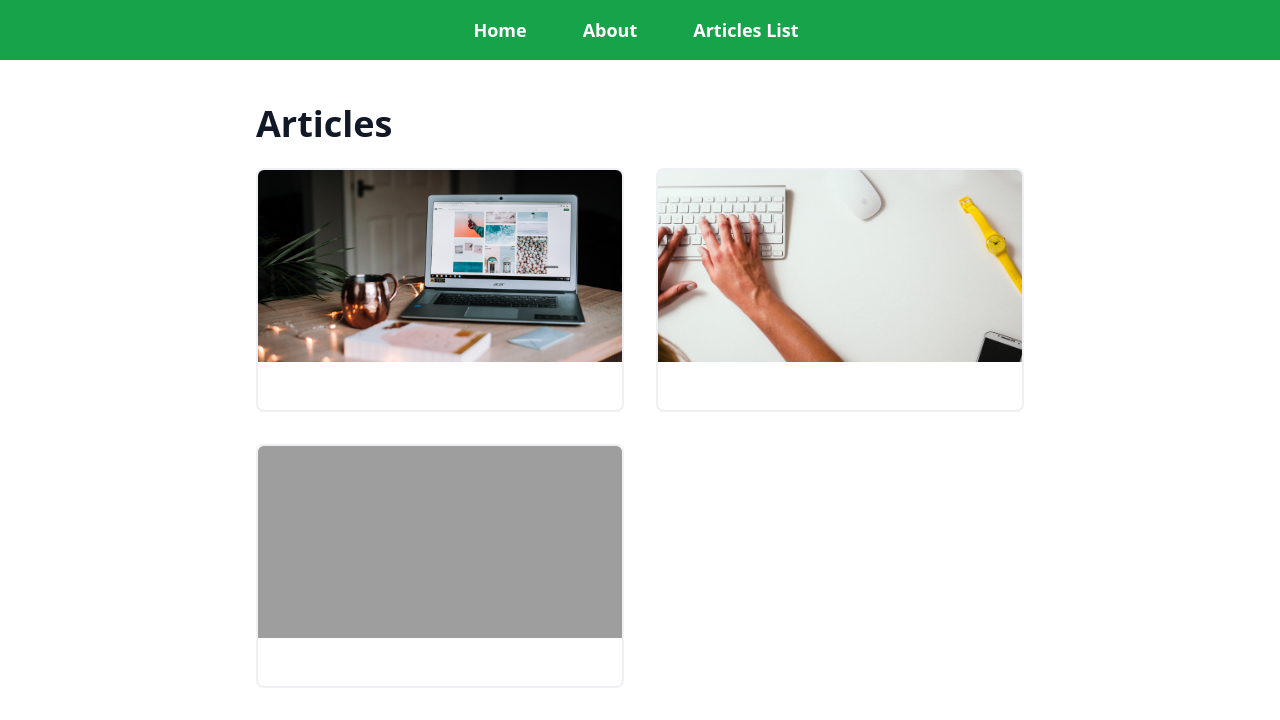
Repository: ymw0331/blog-mern-webapp
Page: /articles-list (app in client/)
An editor plug-in stored every save of this project. The page is shown before and after a run of saves, followed by the edit.
The browser window is 1280 px wide. The pictures show the whole page.
Pictures or frames that could not be fetched are drawn as grey boxes. The project was rebuilt for these pictures with package versions that can differ from the ones it lists, and the page was loaded fresh each time. Also part of the build but not shown: client/src/pages/Home.js, client/src/pages/About.js, client/src/pages/Article.js.

Above is the page before, as saved 2022-12-10 21:25:22.

After the next 3 saves:
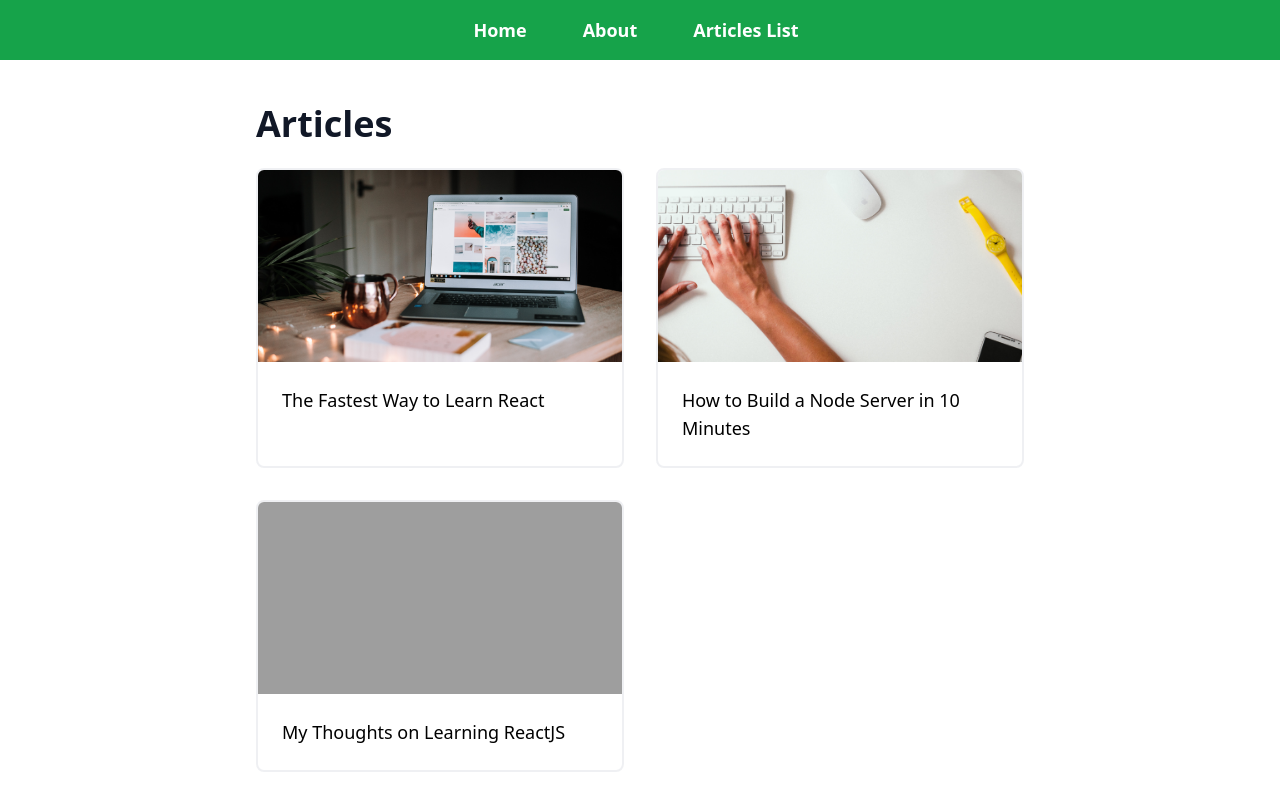
The 3 saves are shown as one change because 1 did not build or start and some came seconds apart.
The last was saved 13 s later.
--- a/client/src/pages/ArticlesList.js
+++ b/client/src/pages/ArticlesList.js
@@ -22,7 +22,7 @@ const ArticlesList = () => {
                 </Link>
                 <div className='p-6'>
                   <Link key={index} to={`/article/${article.name}`}>
-                    <h3 className='text-lg font-medium text-gray'></h3>
+                    <h3 className='text-lg font-medium text-gray '>{article.title}</h3>
 
                   </Link>
                 </div>
